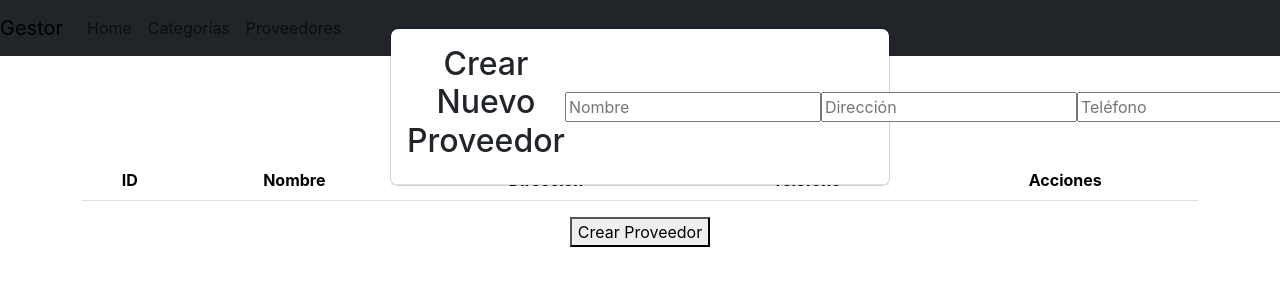
Repository: SantiagoGuaman/gestor-app
Page: /providers, after clicking the first element matching `button`
These files come from the project's save history. The page is drawn as it stood at one moment and after the next save; the edit follows.
The browser window is 1280 px wide. The pictures show the whole page.
The page's requests for data from a server got no answer. The project was rebuilt for these pictures with package versions that can differ from the ones it lists, and the page was loaded fresh each time. No one was signed in, and anything a server would have sent is missing. Also part of the build but not shown: src/App.css, src/Categories/GetDataCategories.js, src/HomePage/HomePage.js.

Above is the page before, as saved 2024-02-14 11:33:28.

After the next save:
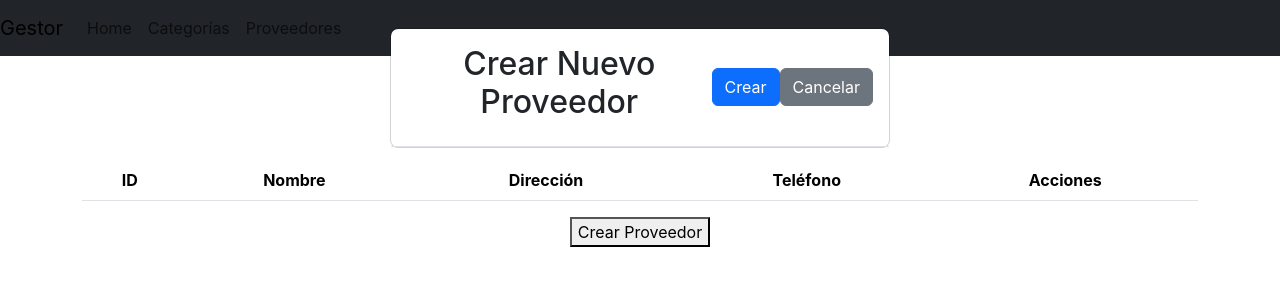
Saved 37 s later.
--- a/src/Proveedores/GetDataProviders.js
+++ b/src/Proveedores/GetDataProviders.js
@@ -144,24 +144,7 @@ function GetDataProviders() {
                         <div className="modal-content">
                             <div className="modal-header">
                                 <h2>Crear Nuevo Proveedor</h2>
-                                <input
-                                    type="text"
-                                    placeholder="Nombre"
-                                    value={newProveedor.nombre}
-                                    onChange={(e) => setNewProveedor({ ...newProveedor, nombre: e.target.value })}
-                                />
-                                <input
-                                    type="text"
-                                    placeholder="Dirección"
-                                    value={newProveedor.direccion}
-                                    onChange={(e) => setNewProveedor({ ...newProveedor, direccion: e.target.value })}
-                                />
-                                <input
-                                    type="text"
-                                    placeholder="Teléfono"
-                                    value={newProveedor.telefono}
-                                    onChange={(e) => setNewProveedor({ ...newProveedor, telefono: e.target.value })}
-                                />
+
                                 <button className='btn btn-primary' onClick={handleCreate}>Crear</button>
                                 <button type="button" className="btn btn-secondary" onClick={() => setCreateModalOpen(false)}>Cancelar</button>
                             </div>
